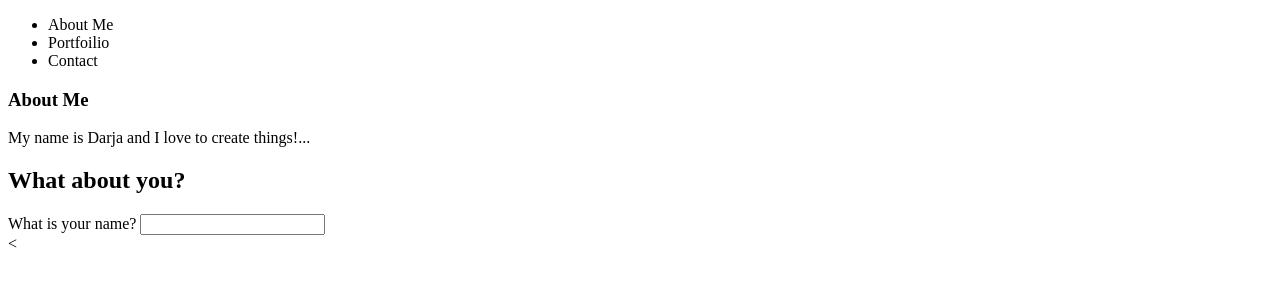
Repository: holyygreg/PortfolioProject
Page: code files/index.html
These files come from the project's save history. The page is drawn as it stood at one moment and after the next save; the edit follows.
The browser window is 1280 px wide. The pictures show the whole page.

Above is the page before, as saved 2024-08-02 15:17:36.

### code files/index.html
<!DOCTYPE html>
<html lang="en">
<head>
    <meta charset="UTF-8">
    <meta name="viewport" content="width=device-width, initial-scale=1.0">
    <title>Document</title>
</head>

<body>
    <header>
        <nav>
            <ul>
                <li>About Me</li>
                <li>Portfoilio</li>
                <li>Contact</li>
            </ul>
        </nav>
    </header>

    <section>
        <article>
            <h1>About Me</h1>
            <p>My name is Darja and I love to create things!...</p>
        </article>
    </section>

    <section>
        <h2>What about you?</h2>
        <label>What is your name?</label>
        <input type="'text"/>
        <br>

        <
    </section>
</body>
</html>

After the next save:
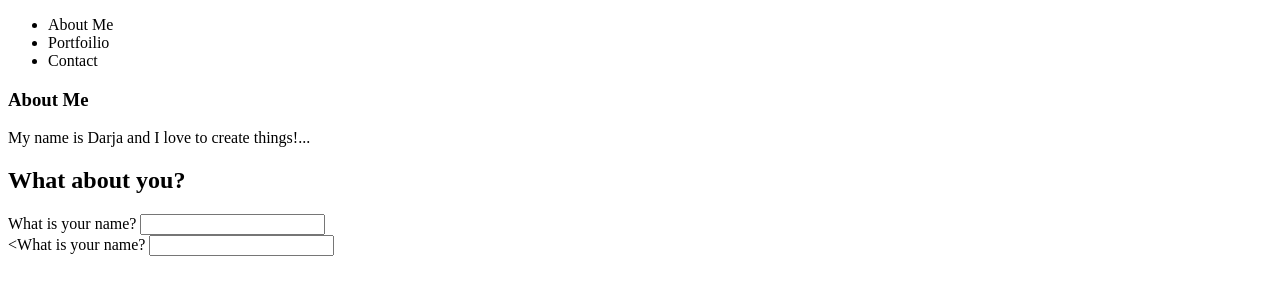
Saved 10 s later.
--- a/code files/index.html
+++ b/code files/index.html
@@ -30,7 +30,8 @@
         <input type="'text"/>
         <br>
 
-        <
+        <<label>What is your name?</label>
+        <input type="'text"/>
     </section>
 </body>
 </html>
